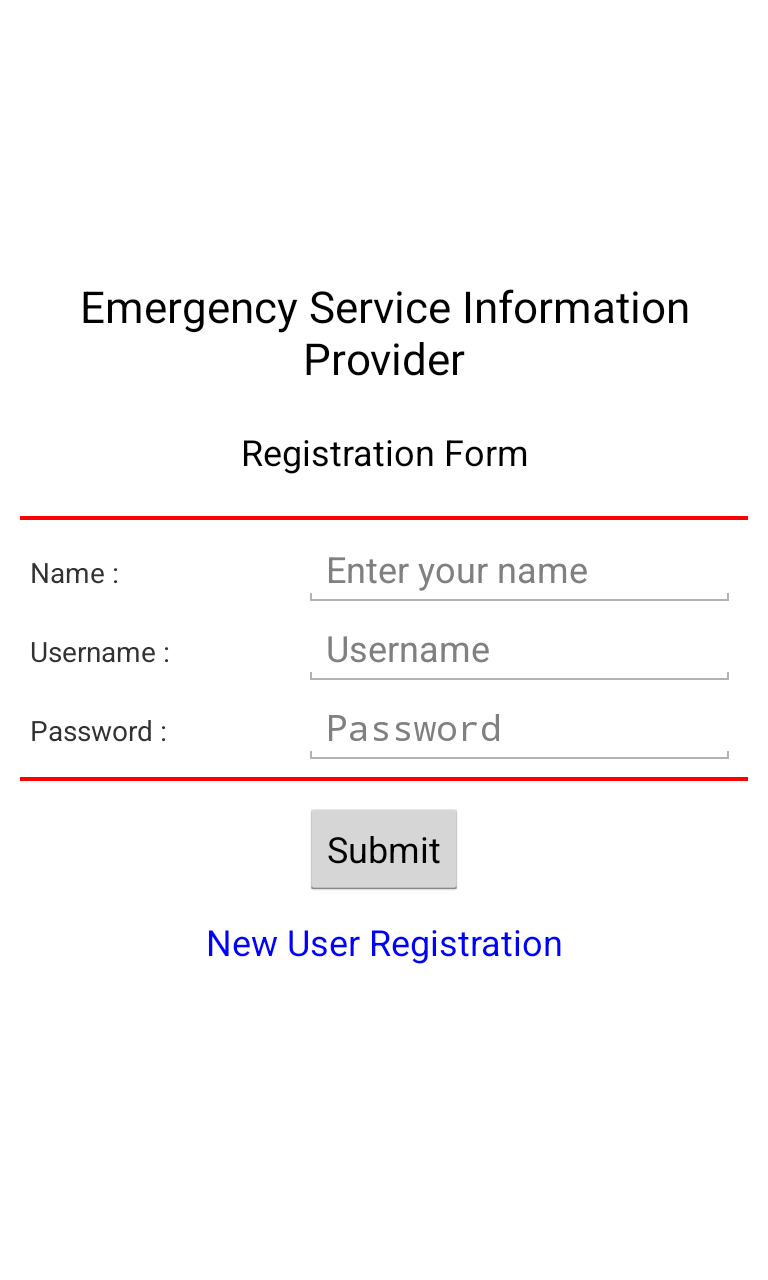
Repository: mansee8/Emergency-Service-Information-Provider
Layout: Emergency Service Information Provider/ESIP/ESIP/res/layout/user_registration.xml
An editor plug-in stored every save of this project. The layout is shown before and after the next save, followed by the edit.
It is drawn on a 768 x 1280 px phone screen (xhdpi) without system bars, with theme AppTheme; the app's code is not run.

Above is the layout before, as saved 2014-02-28 10:11:47.

After the next save:
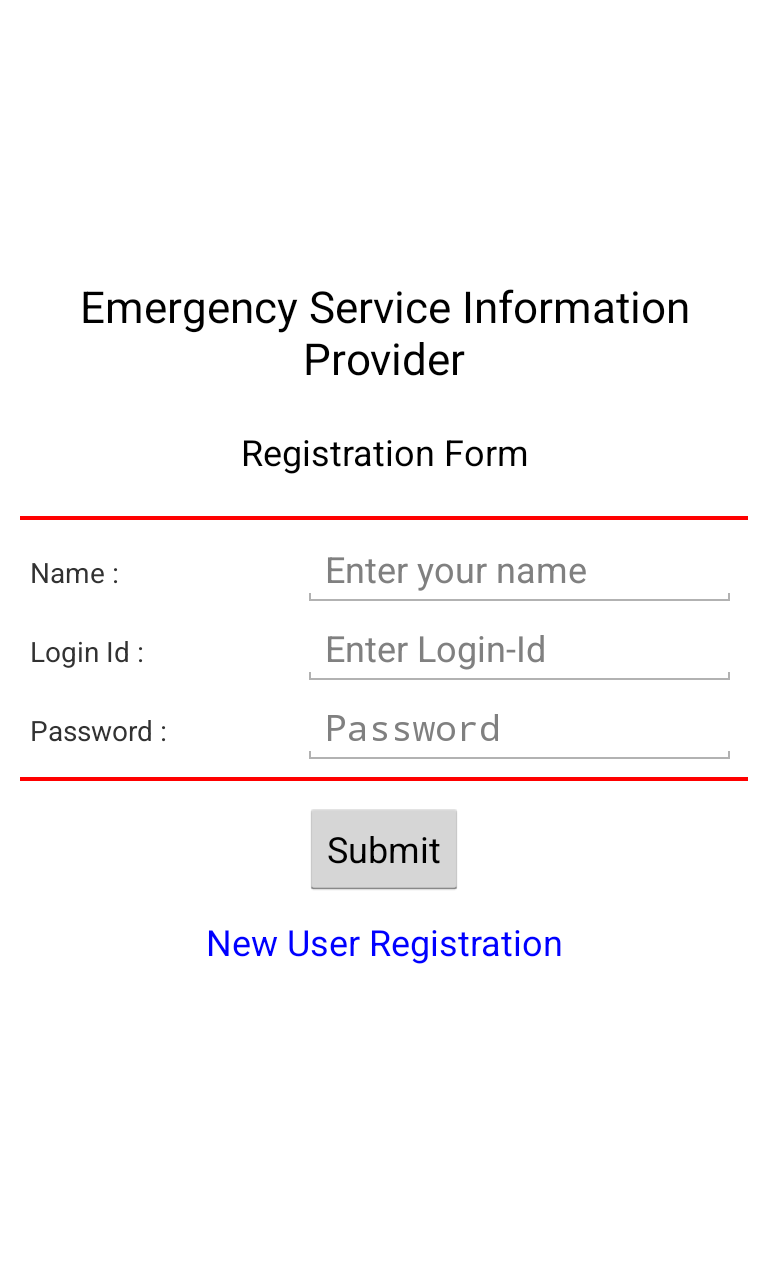
Saved 24 s later.
--- a/Emergency Service Information Provider/ESIP/ESIP/res/layout/user_registration.xml
+++ b/Emergency Service Information Provider/ESIP/ESIP/res/layout/user_registration.xml
@@ -59,13 +59,13 @@
                 <TextView
                     android:layout_width="wrap_content"
                     android:layout_height="wrap_content"
-                    android:text="Username : " />
+                    android:text="Login Id : " />
 
                 <EditText
                     android:id="@+id/usernameEditText"
                     android:layout_width="wrap_content"
                     android:layout_height="wrap_content"
-                    android:hint="Username" />
+                    android:hint="Enter Login-Id" />
             </TableRow>
 
             <TableRow>
